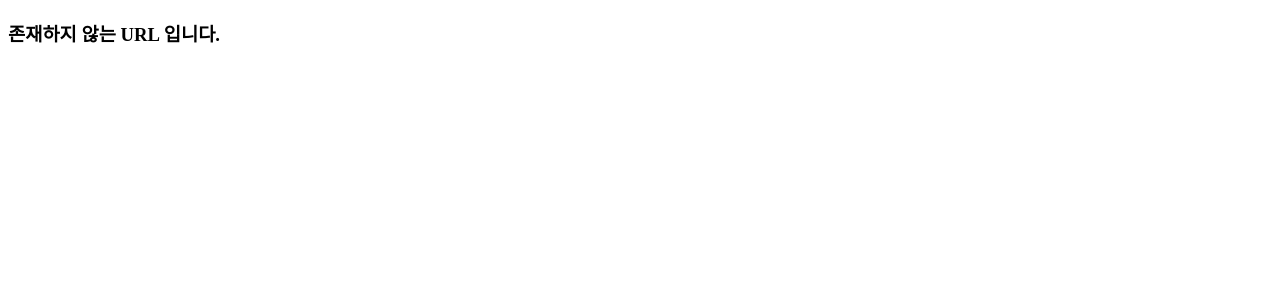
Repository: binigy97/VoteStie
Page: voteWeb/src/main/webapp/error.html
The author's editor kept a copy of each file at every save. The page is drawn from the files as they stood at one save, then again after the next save.
The browser window is 1280 px wide. The pictures show the whole page.

Above is the page before, as saved 2022-02-28 11:52:06.

After the next save:
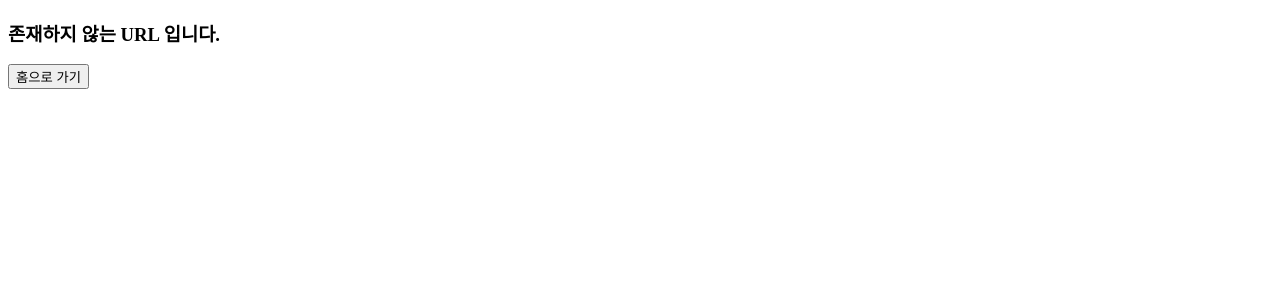
Saved 117 s later.
--- a/voteWeb/src/main/webapp/error.html
+++ b/voteWeb/src/main/webapp/error.html
@@ -6,5 +6,6 @@
 </head>
 <body>
 <h3>존재하지 않는 URL 입니다.</h3>
+<a href="/"><button>홈으로 가기</button></a>
 </body>
 </html>
